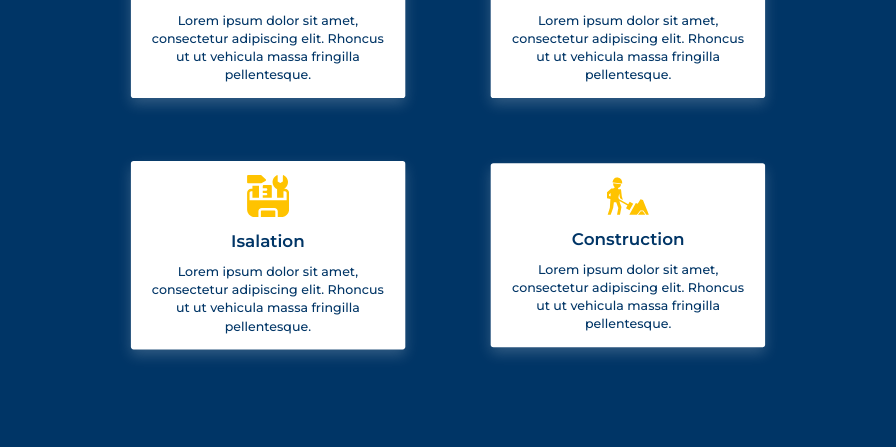
Repository: Lia1986/NMG-nuxt-project
Page: /
The author's editor kept a copy of each file at every save. The page is drawn from the files as they stood at one save, then again after the next save.
The browser window is 1280 px wide. The pictures show the part of the page from y = 2483 to 4403 px (the page is 3122 px tall before and 4403 px after), at 70% of full size.
The project was rebuilt for these pictures with package versions that can differ from the ones it lists, and the page was loaded fresh each time. The framework's server and built-in components were replaced by stand-ins that run in the browser. Also part of the build but not shown: nuxt.config.js, components/ContactUs.vue, components/Partners.vue, components/Tutorial.vue.

Above is the page before, as saved 2022-08-23 17:01:17.

After the next save:
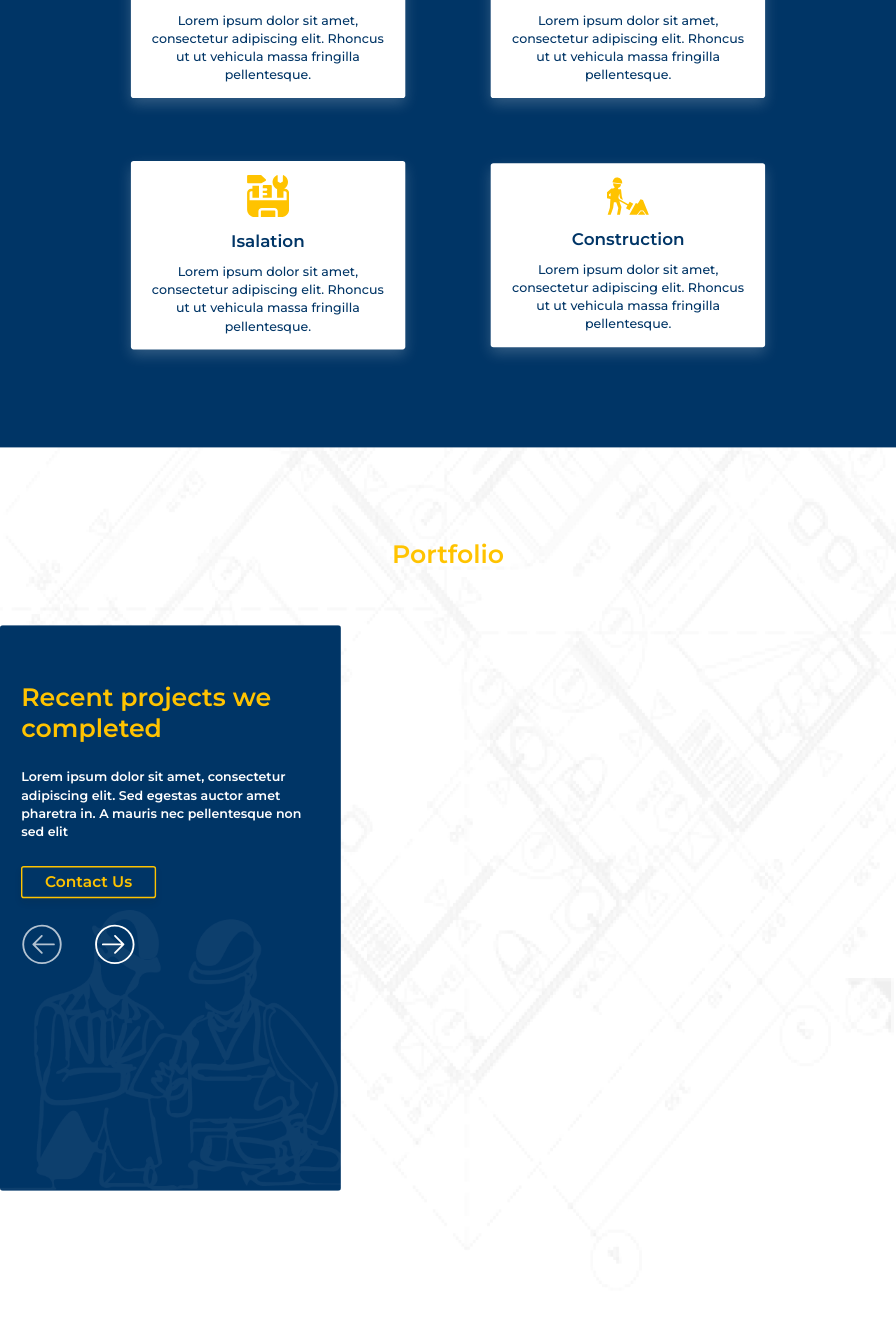
Saved 6 s later.
--- a/components/Portfolio.vue
+++ b/components/Portfolio.vue
@@ -115,7 +115,7 @@
         },
       ],
       WhyChoosingUs:[
-    {id:'1',}
+    {id:'1',nsm}
       ]
     };
   },

After the 2 saves that followed:
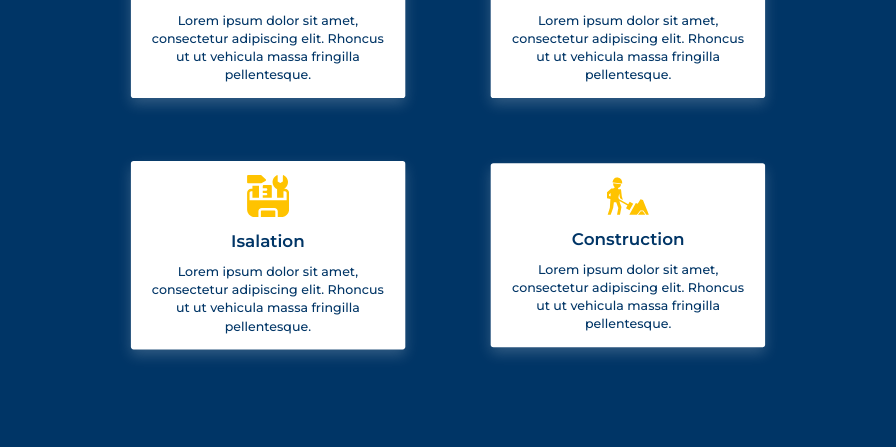
The 2 saves are shown as one change because they came seconds apart.
The last was saved 7 s later.
--- a/components/Portfolio.vue
+++ b/components/Portfolio.vue
@@ -115,7 +115,7 @@
         },
       ],
       WhyChoosingUs:[
-    {id:'1',nsm}
+    {id:'1',name:"",}
       ]
     };
   },
